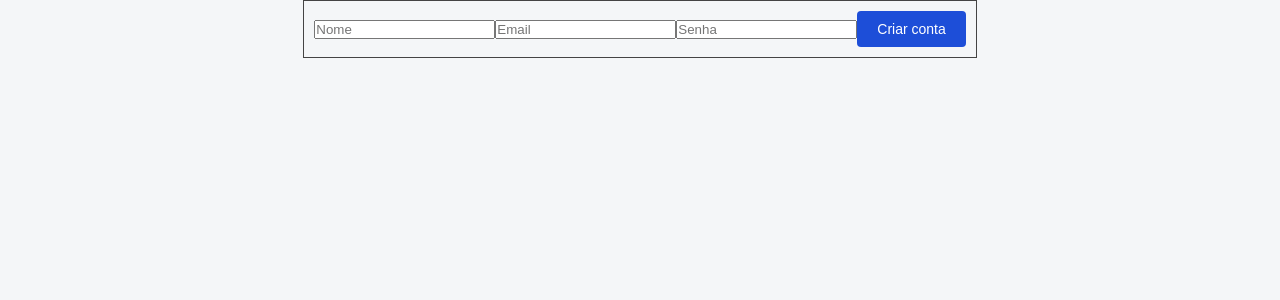
Repository: juvencio009/infratech-web
Page: register.html
The author's editor kept a copy of each file at every save. The page is drawn from the files as they stood at one save, then again after a run of saves.
The browser window is 1280 px wide. The pictures show the whole page.

Above is the page before, as saved 2025-12-18 14:58:30.

After the next 3 saves:
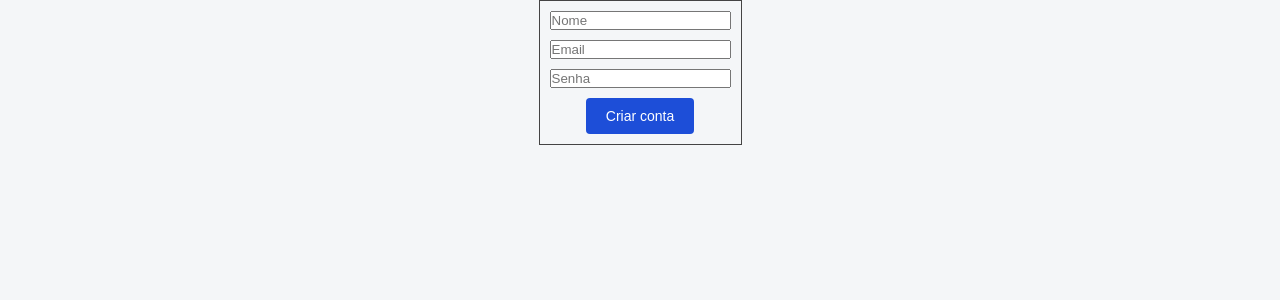
The 3 saves are shown as one change because they came seconds apart.
The last was saved 14 s later.
--- a/register.html
+++ b/register.html
@@ -11,7 +11,8 @@ align-items: center;
 justify-content: center;">
     <form id="registerForm" style="border: 1px solid #444;padding: 10px;display: flex;
 align-items: center;
-justify-content: center;">
+justify-content: center;flex-flow: column;
+gap: 10px;">
            <input type="text" id="name" placeholder="Nome" required />
             <input type="email" id="email" placeholder="Email" required />
             <input type="password" id="password" placeholder="Senha" required />
